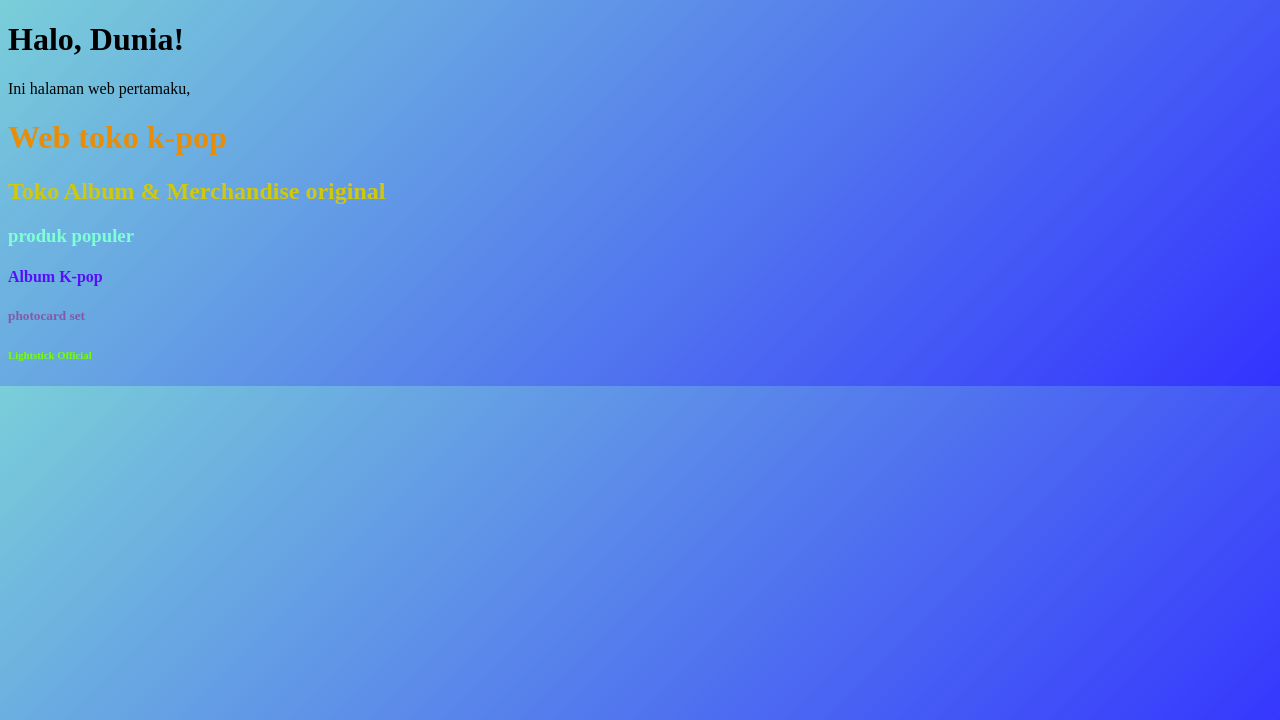
Repository: sekartazivi/241552010020-Web-Application-Development
Page: test.html
An editor plug-in stored every save of this project. The page is shown before and after the next save, followed by the edit.
The browser window is 1280 px wide. The pictures show the whole page.

Above is the page before, as saved 2026-02-20 08:53:22.

### test.html
<!DOCTYPE html>
<html lang="en">
<head>
    <meta charset="UTF-8">
    <meta name="viewport" content="width=device-width, initial-scale=<,>">
    <title> web toko kpop</title>

    <style>
         body {
            background: linear-gradient(135deg, #5ec4d1d3, #3333ff);
        }
    </style>

</head>
<body>
    <h1 style="color: black;">Halo, Dunia!</h1>
    <p>Ini halaman web pertamaku,</p>
    <h1 style="color: rgb(231, 141, 8);">Web toko k-pop</h1>
    <h2 style="color: rgb(210, 200, 11);">Toko Album & Merchandise original</h2>
    <h3 style="color: aquamarine;" >produk populer</h3>
    <h4 style="color: rgb(86, 16, 247);" >Album K-pop</h4>
    <h5 style="color: rgb(130, 91, 166);">photocard set</h5>
    <h6 style="color: rgb(119, 255, 0);">Lightstick Official</h6>
</body>
</html>

After the next save:
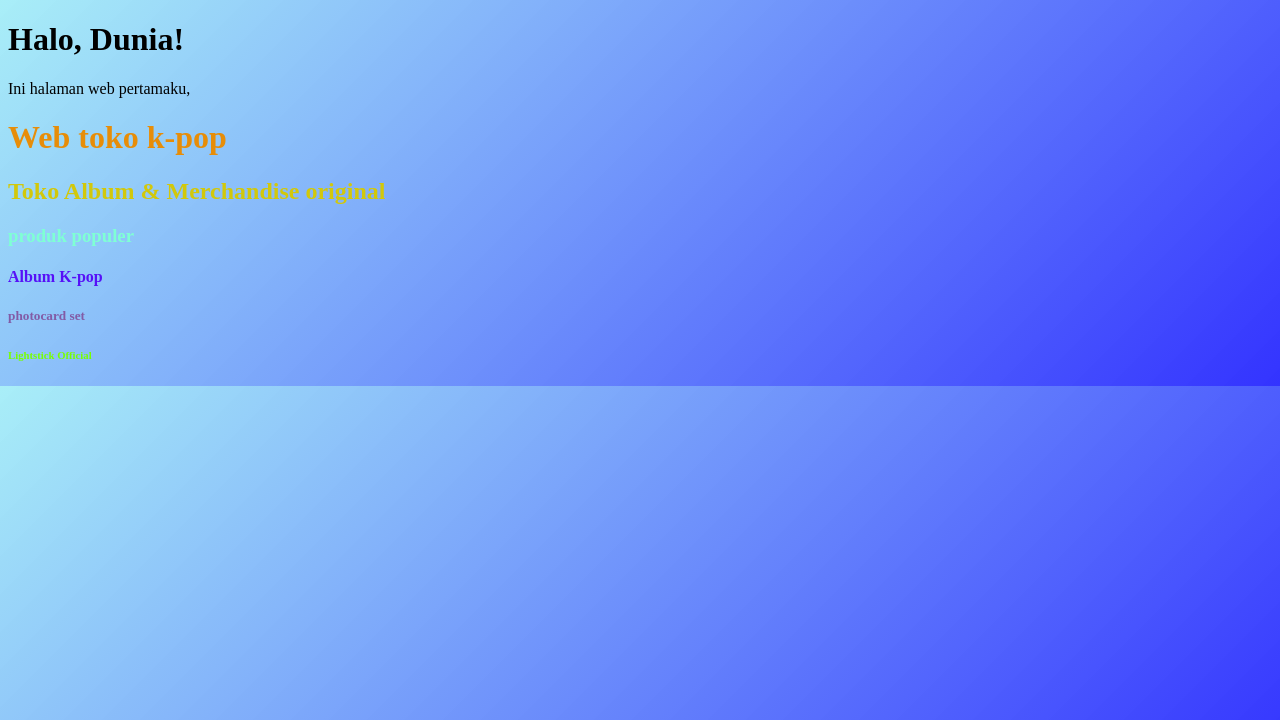
Saved 6 s later.
--- a/test.html
+++ b/test.html
@@ -7,7 +7,7 @@
 
     <style>
          body {
-            background: linear-gradient(135deg, #5ec4d1d3, #3333ff);
+            background: linear-gradient(135deg, #97ebf6d3, #3333ff);
         }
     </style>
 
